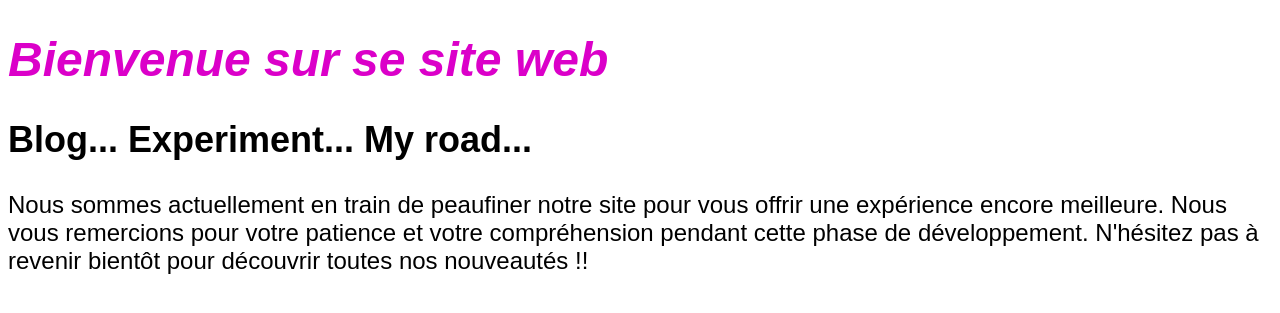
Repository: ValetteEvan/PersonalWebApp
Page: index.html
An editor plug-in stored every save of this project. The page is shown before and after the next save, followed by the edit.
The browser window is 1280 px wide. The pictures show the whole page.

Above is the page before, as saved 2025-01-07 17:50:55.

After the next save:
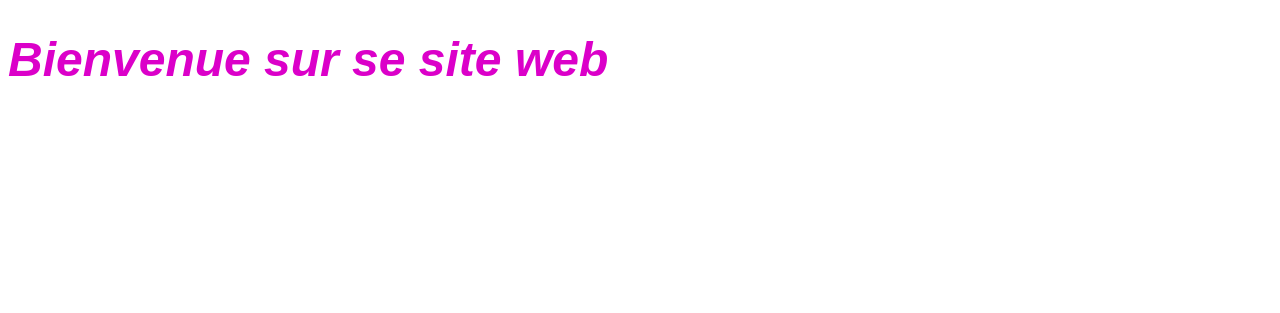
Saved 28 s later.
--- a/style.css
+++ b/style.css
@@ -1,11 +1,11 @@
 .webGlobal{
     font-family:'font_original',sans-serif;
     font-size: 1.5em;
-    color: rgb(0, 0, 0);
+    color: rgb(255, 255, 255);
 }
 
 h1 {
    font-style:italic;
     color: rgb(219, 0, 201);
-    /*text-decoration: underline;*/
+    /*text-decoration: underline;*
 }
